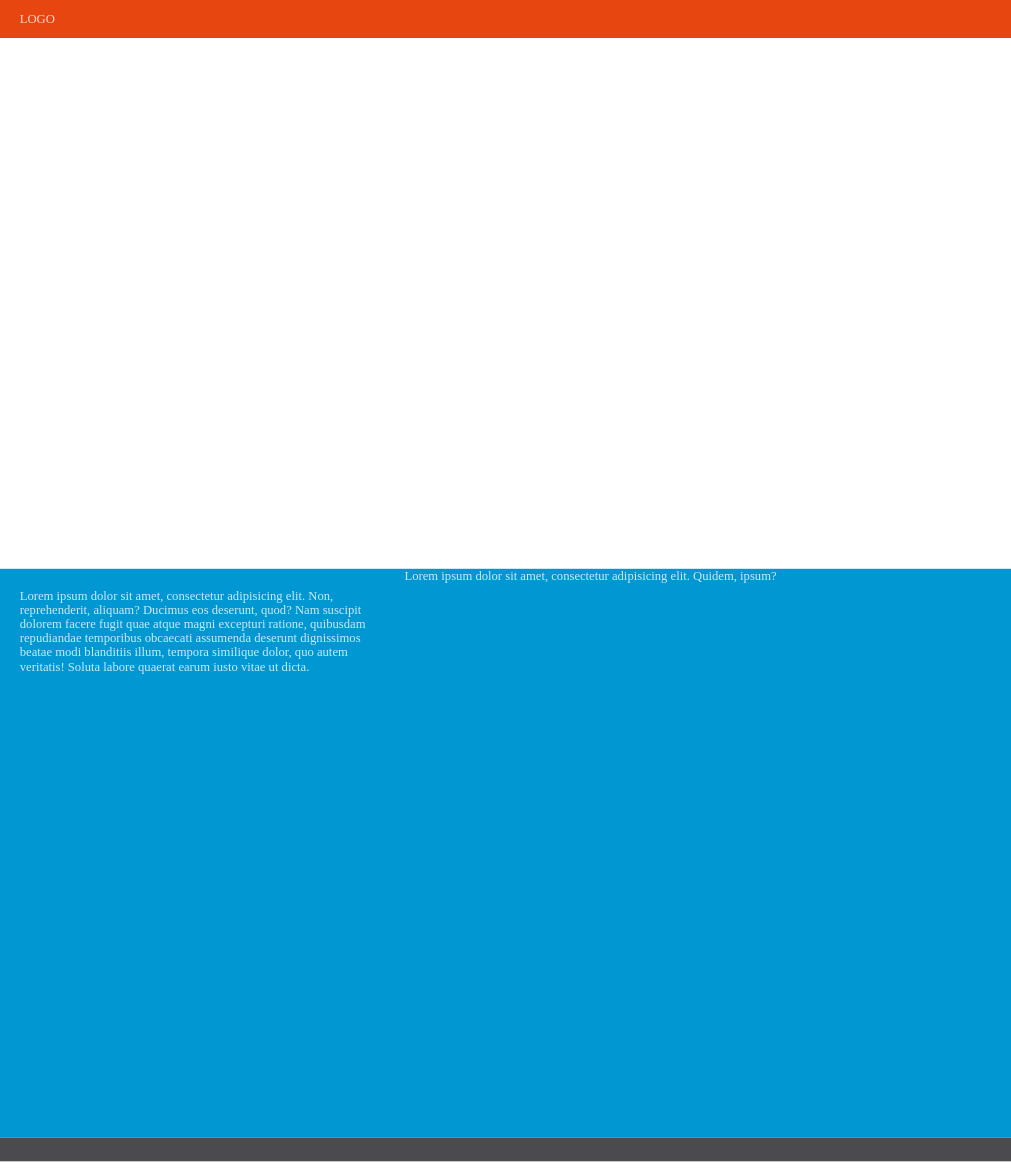
Repository: LiamB123/Adaptive-Sizing-Practice
Page: MP.html
The author's editor kept a record of every edit. The page is drawn from the files as they stood at one moment, then again after the next edit.
The browser window is 1280 px wide. The pictures show the whole page, at 79% of full size.

Above is the page before.

### MP.html
<!DOCTYPE html>
<html lang="en">
<head>
    <meta charset="UTF-8">
    <meta name="viewport" content="width=device-width, initial-scale=1.0">
    <meta http-equiv="X-UA-Compatible" content="ie=edge">
    <link rel="stylesheet" href="MP.css" type="text/css" />
    <title>Document</title>
</head>

<body>


<main class="main"></main>
<header class="header">
    <div class="logo"> LOGO</div>
   </header>

    <section class="section">
        <article class="article column column-60"></article>
        Lorem ipsum dolor sit amet, consectetur adipisicing elit. Quidem, ipsum?

        <aside class="aside column column-40 ">
            <p class="section-paragraph">
                Lorem ipsum dolor sit amet, consectetur adipisicing elit. Non, reprehenderit, aliquam? Ducimus eos deserunt, quod? Nam suscipit dolorem facere fugit quae atque magni excepturi ratione, quibusdam repudiandae temporibus obcaecati assumenda deserunt dignissimos beatae modi blanditiis illum, tempora similique dolor, quo autem veritatis! Soluta labore quaerat earum iusto vitae ut dicta.
            </p>
        </aside>
    </section>
    <footer class='footer'></footer>

    footer.

</header>

</body>
</html>

### MP.css
body, html {
    height:100%;
    margin:0;
    color:rgba( 255, 255, 255, .8);
}

.header
    { position: fixed;
    top:0;
    left: 0;
    right: 0;
    background-color:#e84610;
    padding: 15px 25px;

    }

.main { height:100%; }

    .section { background-color: #0097d3;
                height:100%;
    }

.vcenter {
    position:relative;
    top:50%;
    transform:translateY(-50%) ;
}
.section-paragraph { font-size: 1em;
            margin: 25px;

}
.footer{ background-color:#4a4a4f;
    padding:15px;}


@media (min-width: 768px){
    .column { float:left;}
    .column-60{width:60%; top:20px}
    .column-40{width:40%;}
}

After the next edit:
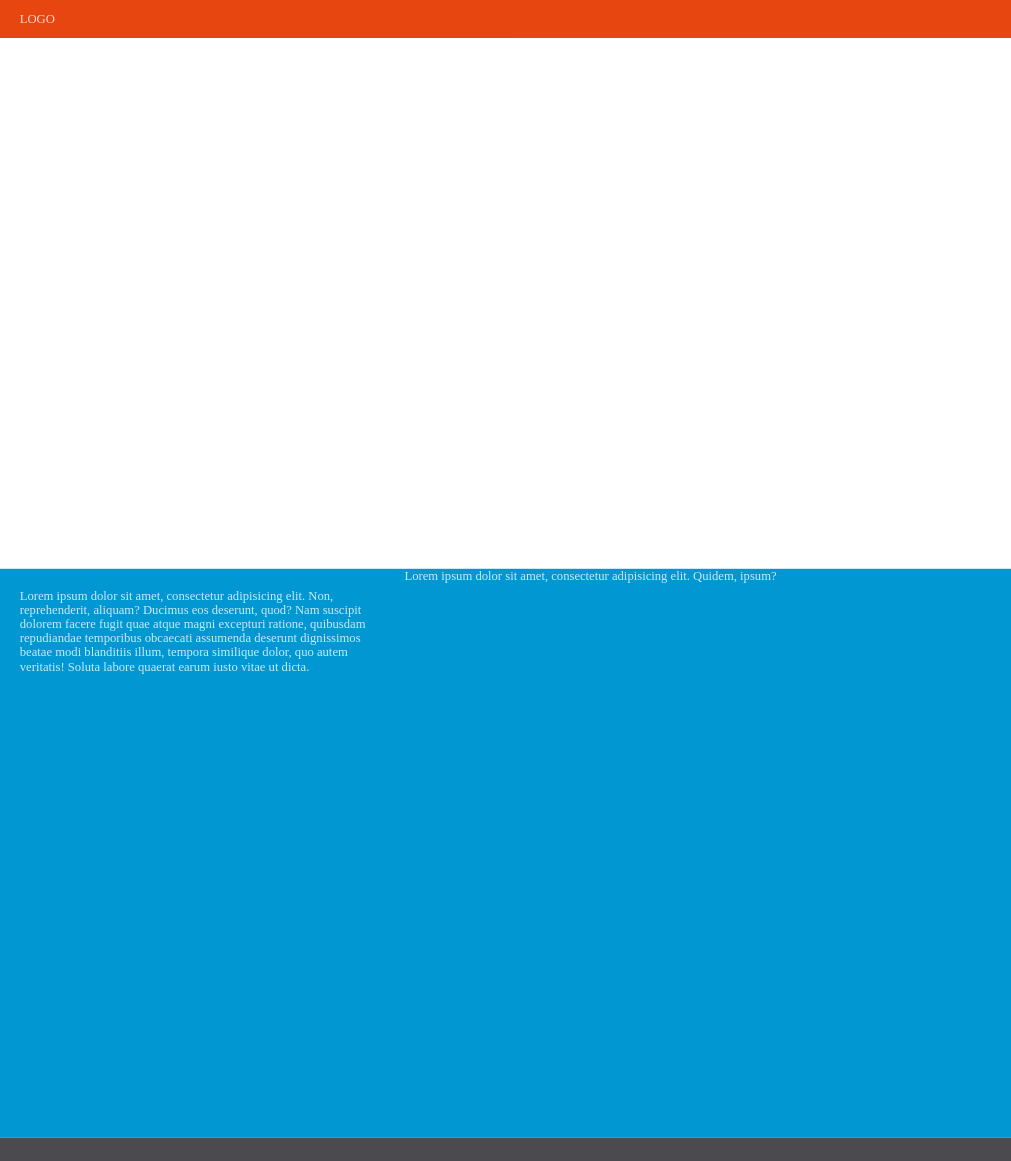
The edit:
--- a/MP.html
+++ b/MP.html
@@ -28,7 +28,6 @@
     </section>
     <footer class='footer'></footer>
 
-    footer.
 
 </header>
 
